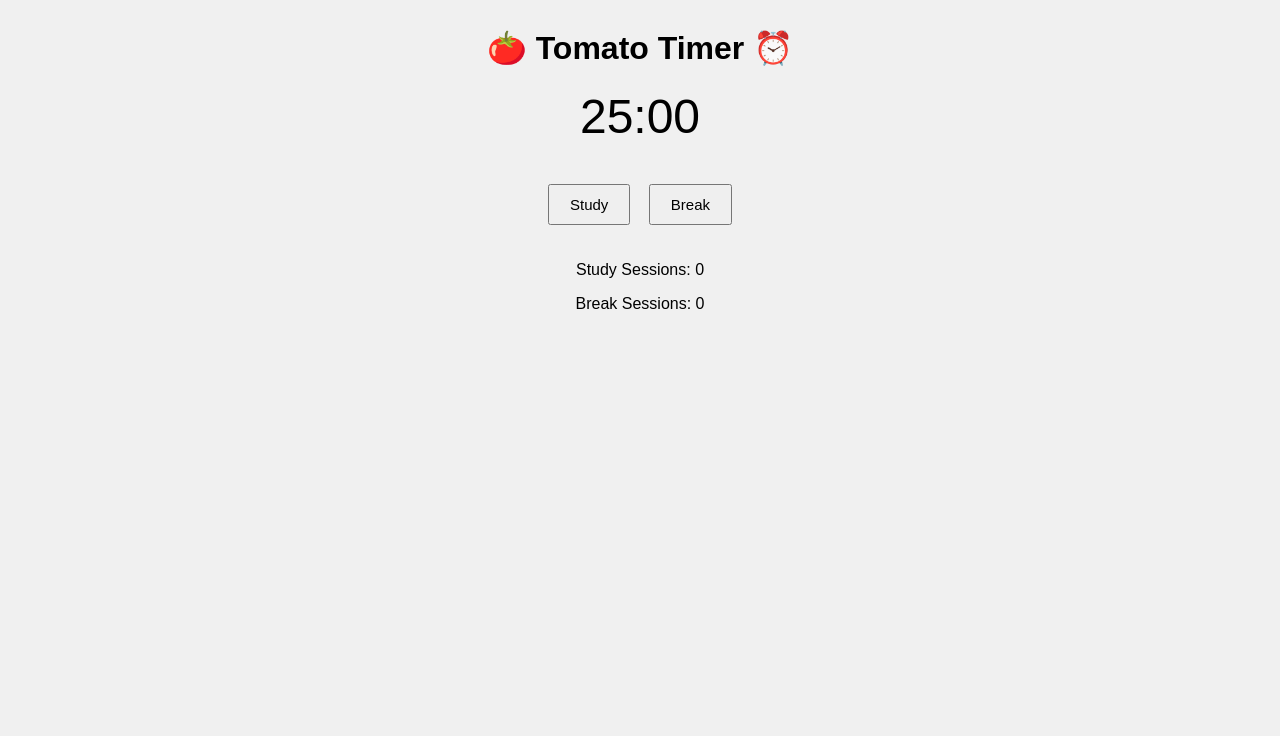
Repository: valentinaarojas/tomato-timer
Page: index.html
These files come from the project's save history. The page is drawn as it stood at one moment and after the next save; the edit follows.
The browser window is 1280 px wide. The pictures show the whole page.

Above is the page before, as saved 2025-02-06 20:16:48.

After the next save:
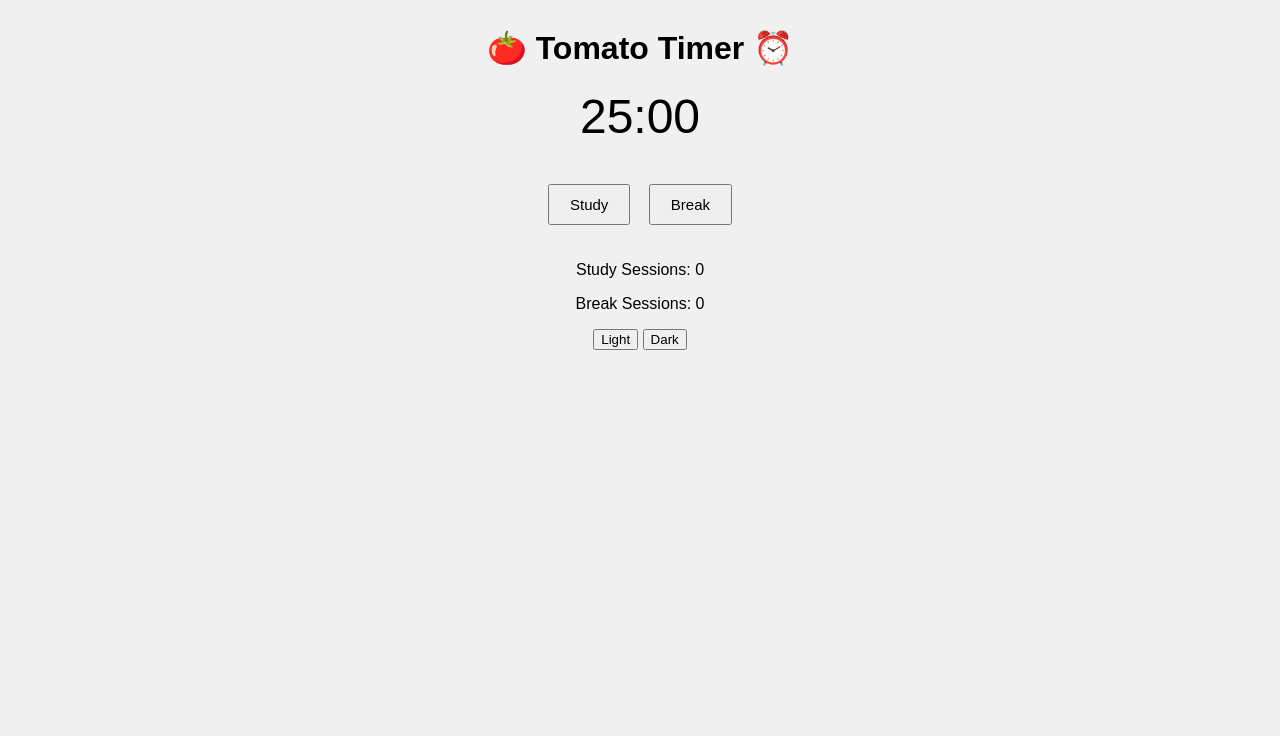
Saved 28 s later.
--- a/index.html
+++ b/index.html
@@ -18,7 +18,7 @@
             <p>Study Sessions: <span id="study-count">0</span></p>
             <p>Break Sessions: <span id="break-count">0</span></p>
         </div>
-        <div id="theme" style="display: none;">
+        <div id="theme" style="">
             <button id="light-btn">Light</button>
             <button id="dark-btn">Dark</button>
         </div>

After the save that followed:
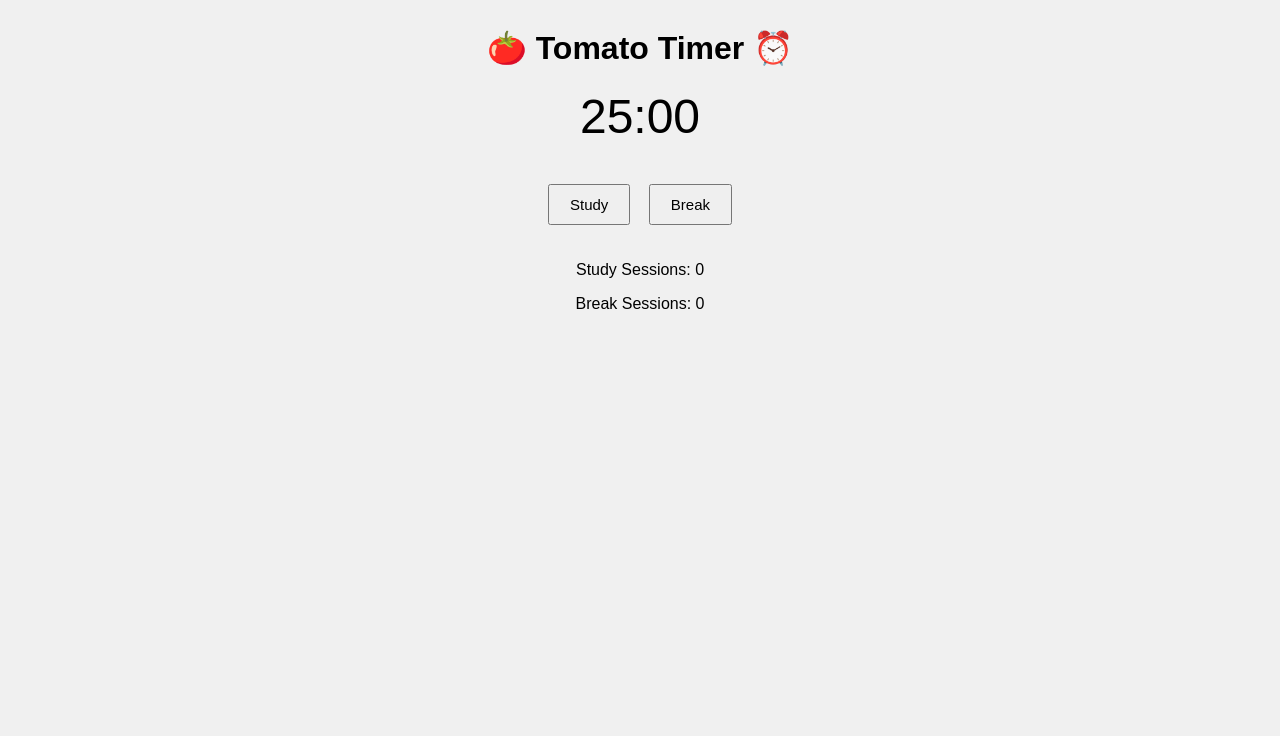
Saved 4 s later.
--- a/index.html
+++ b/index.html
@@ -18,7 +18,7 @@
             <p>Study Sessions: <span id="study-count">0</span></p>
             <p>Break Sessions: <span id="break-count">0</span></p>
         </div>
-        <div id="theme" style="">
+        <div id="theme" style="display: none;">
             <button id="light-btn">Light</button>
             <button id="dark-btn">Dark</button>
         </div>
